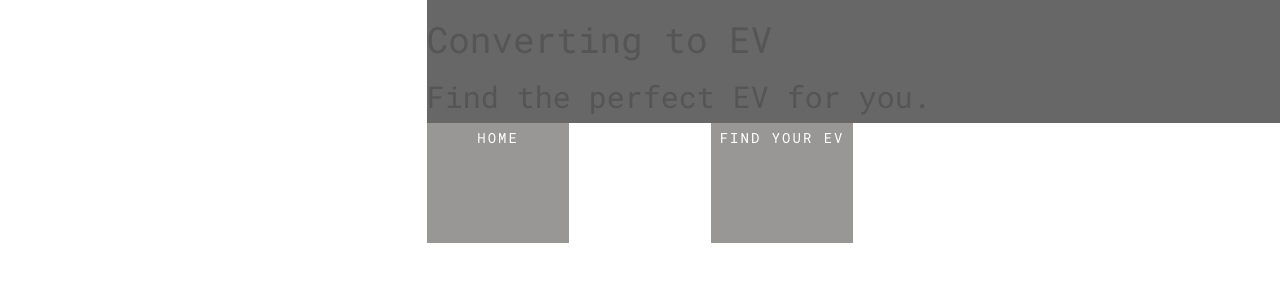
Repository: gnisco/2nd-project
Page: index.html
The author's editor kept a record of every edit. The page is drawn from the files as they stood at one moment, then again after the next edit.
The browser window is 1280 px wide. The pictures show the whole page.
Some web libraries are served in a nearby version.

Above is the page before.

### index.html
<!DOCTYPE html>
<html lang="en">
<head>
    <link rel="stylesheet" href="https://maxcdn.bootstrapcdn.com/bootstrap/3.3.7/css/bootstrap.min.css" type="text/css" />
    <link rel="stylesheet" href="https://maxcdn.bootstrapcdn.com/font-awesome/4.7.0/css/font-awesome.min.css" type="text/css" />
    <link rel="stylesheet" href="https://cdnjs.cloudflare.com/ajax/libs/hover.css/2.1.1/css/hover-min.css" type="text/css" />
    <link rel="stylesheet" href="assets/css/style.css" type="text/css" />
    <title>Convert to EV</title>
</head>

<body>
    <header class="container-fluid">
        <div class="row">
            <a href="index.html">
                <div class="col-md-4 logo"></div>
            </a>
            <div class="col-md-8">
                <div class="row bg-color-name-title">
                    <div class="heading">
                        <h1 class="name">Converting to EV</h1>
                        <h2 class="title">Find the perfect EV for you.</h2>
                    </div>
                </div>
                <div class="row">
                    <ul id="nav" class="list-inline clearfix">
                        <li class="col-xs-6 col-sm-2 ui-menu-color-home menuitem">
                            <a href="index.html" class="hvr-sweep-to-top"></i><span>Home</span></a>
                        </li>
                        <li class="col-xs-6 col-sm-2 ui-menu-color-resume menuitem">
                            <a href="resume.html" class="hvr-sweep-to-top"><span>Why switch?</span></a>
                        </li>
                        <li class="col-xs-6 col-sm-2 ui-menu-color-contact menuitem">
                            <a href="contact.html" class="hvr-sweep-to-top"><span>Find your EV</span></a>
                        </li>
                        <li class="col-xs-6 col-sm-2 ui-menu-color-interests menuitem">
                            <a href="interests.html" class="hvr-sweep-to-top"><span>Contact</span></a>
                        </li>
                    </ul>
                </div>
            </div>
        </div>
    </header>

</body>
</html>

### assets/css/style.css
@import url('https://fonts.googleapis.com/css?family=Roboto+Mono&display=swap');

#nav {
    margin: 0;
}

#nav li {
    padding: 0;
}

.menuitem {
    height: 120px;
    text-align: center;
    padding: 0;
}

.menuitem a {
    width: 100%;
    text-decoration: none;
    color: #ffffff;
    height: 120px;
}


.menuitem a i {
    padding-top: 22px;
    display: block;
    color: #fafafa;
    font-size: 26px;
}

.menuitem span {
    display: block;
    width: 100%;
    padding-top: 5px;
    text-align: center;
    text-transform: uppercase;
    font-size: 14px;
    font-weight: 300;
    letter-spacing: 2px;
}


/*--------------------------------------------Hover.css*/

.hvr-sweep-to-bottom:before {
    background: rgba(0, 0, 0, 0.2);
    height: 120px;
}

/*--------------------------------------------Colors*/

.bg-color-name-title {
    background-color: #676767;
}

.ui-menu-color-home {
    background-color: #999696;
}

.ui-menu-color-why-switch {
    background-color: #999696;
}

.ui-menu-color-find-your-ev {
    background-color: #999696;
}

.ui-menu-color-contact {
    background-color: #999696;
}




body {
    font-family: Roboto Mono, sans-serif;
    font-weight: 200;
    background-color: #fffff;
    color: #555555;
}

After the next edit:
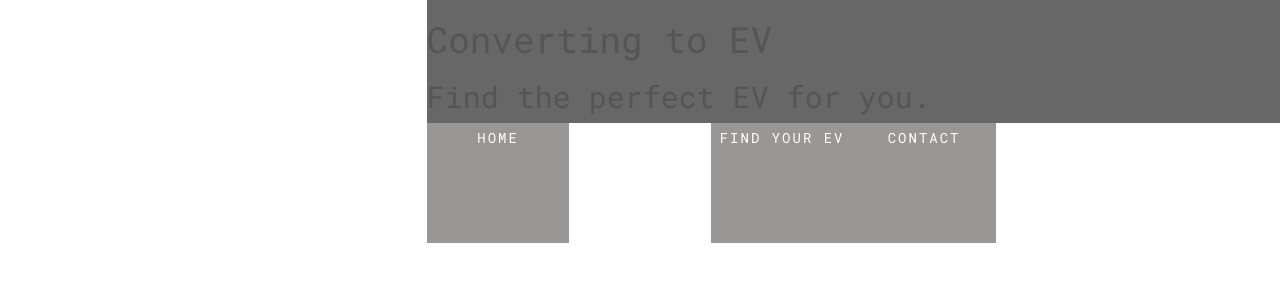
The edit:
--- a/index.html
+++ b/index.html
@@ -32,7 +32,7 @@
                         <li class="col-xs-6 col-sm-2 ui-menu-color-contact menuitem">
                             <a href="contact.html" class="hvr-sweep-to-top"><span>Find your EV</span></a>
                         </li>
-                        <li class="col-xs-6 col-sm-2 ui-menu-color-interests menuitem">
+                        <li class="col-xs-6 col-sm-2 ui-menu-color-contact menuitem">
                             <a href="interests.html" class="hvr-sweep-to-top"><span>Contact</span></a>
                         </li>
                     </ul>
